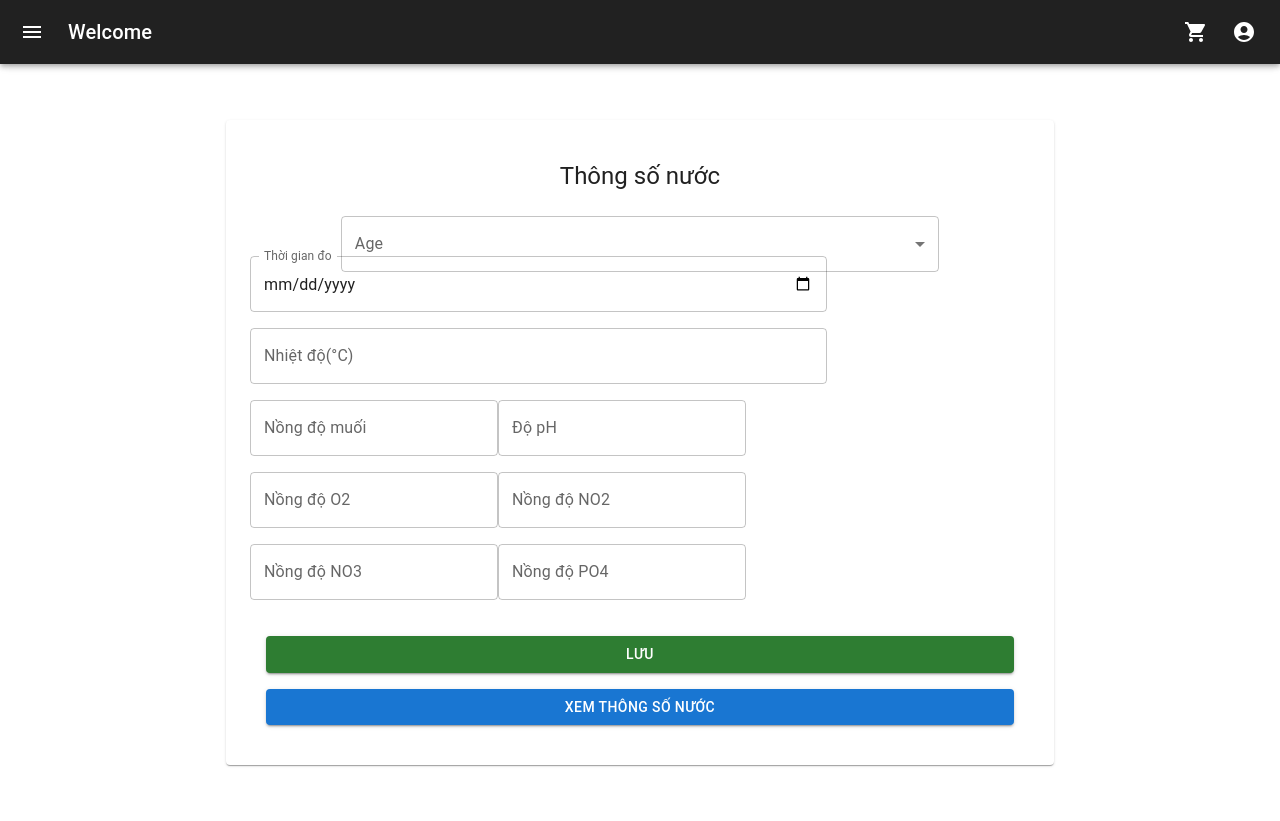
Repository: huynguyenj/KOICARE_FRONTEND
Page: /userhome/param (app in kcs-frontend/)
These files come from the project's save history. The page is drawn as it stood at one moment and after a run of saves; the edit follows.
The browser window is 1280 px wide. The pictures show the whole page.
The project was rebuilt for these pictures with package versions that can differ from the ones it lists, and the page was loaded fresh each time. Also part of the build but not shown: kcs-frontend/vite.config.js, kcs-frontend/src/components/Header/Header.css, kcs-frontend/src/components/Header/Header.jsx, kcs-frontend/src/components/Footer/Footer.jsx, kcs-frontend/src/components/Footer/FooterEnd.jsx, kcs-frontend/src/components/Footer/FooterCR.jsx, kcs-frontend/src/components/Footer/Footer1.jsx, kcs-frontend/src/pages/Guest/Home/Home.jsx and 38 more.

Above is the page before, as saved 2024-10-26 14:55:53.

### kcs-frontend/index.html
<!doctype html>
<html lang="en">
  <head>
    <meta charset="UTF-8" />
    <link rel="icon" type="image/svg+xml" href="/vite.svg" />
    <meta name="viewport" content="width=device-width, initial-scale=1.0" />
    <title>Koi Care System</title>
  </head>
  <body>
    <div id="root"></div>
    <script type="module" src="/src/main.jsx"></script>
  </body>
</html>

### kcs-frontend/src/main.jsx
import { createRoot } from "react-dom/client";
import App from "./App.jsx";
import "bootstrap/dist/css/bootstrap.min.css";
import "./index.css";
import { CartProvider } from "./pages/Store/Cart";

createRoot(document.getElementById("root")).render(

    <CartProvider>
      <App />
    </CartProvider>

);

### kcs-frontend/src/App.jsx
import "./App.css";
import { createBrowserRouter, RouterProvider } from "react-router-dom";
import { Navigate } from "react-router-dom";
import Home from "./pages/Guest/Home/Home";
import Login from "./pages/Auth/Login/Login";
import Register from "./pages/Auth/SignUp/SignUp";
import UserProfile from "./pages/UserProfile/UserProfile";

import Layout from "./components/Layout";
import Drawers from "./components/Drawers/User";
// import NavbarUser from "./components/NavbarAfterLogin/NavbarUser";
import MyFish from "./pages/MyFish/FishAdd";
import FishInfo from "./pages/MyFish/FishInfo";
import MyPond from "./pages/MyPond/MyPond";
import Admin from "./components/Drawers/Admin";
import Shop from "./components/Drawers/Shop";
import Dashboard from "./pages/Admin/Dashboard";
import UserInfo from "./pages/Admin/UserInfo";
import HomeForShop from "./pages/HomeForShop/HomeForShop";
// import AddProducts from "./pages/Products/AddProducts/AddProducts";
import FishList from "./pages/MyFish/MyFish";
import PondAdd from "./pages/MyPond/PondAdd";
import PondList from "./pages/MyPond/PondList";
import PondInfo from "./pages/MyPond/PondInfo";
import Store from "./pages/Store/Product";
import Details from "./pages/Store/Details";
import Orders from "./pages/Orders/Orders";
import Status_Products from "./pages/Status_Products/Status_Products";
import ShowProduct from "./pages/Products/ShowProducts/ShowProducts";
import AddProducts from "./pages/Products/AddProducts/AddProducts";
import Revenue from "./pages/Revenue/Revenue"

import News from "./pages/News/News";

import AddBlog from "./pages/News/AddBlog";
import BlogInfo from "./pages/News/blogInfo";
import MyBlog from "./pages/News/MyBlog";
import UpdateBlog from "./pages/News/UpdateBlog";
import Payment from "./pages/Payment/Payment";
import AddWaterParam from "./pages/Calculate/WaterParam/AddWaterParam";


function App() {
  const router = createBrowserRouter([
    {
      path: "/",
      element: <Layout />,
      children: [
        { index: true, element: <Home /> },
        { path: "login", element: <Login /> },
        { path: "register", element: <Register /> },
        {
          path: "userhome",
          element: <Drawers />,
          children: [
            { path: "userprofile", element: <UserProfile /> },
            { path: "myfish", element: <MyFish /> },
            { path: "myfishlist", element: <FishList /> },
            { path: "myfishlist/fishinfo/:id", element: <FishInfo/>},
            { path: "mypond", element: <MyPond /> },
            { path: "pondadd", element: <PondAdd /> },
            { path: "pondlist", element: <PondList /> },
            { path: "pondlist/pondinfo/:id", element: <PondInfo /> },
            { path: "store", element: <Store /> },
            { path: "/userhome/store/:id", element: <Details /> },
            { path: "", element: <Navigate to="mypond" replace /> },
            { path: "news", element: <News /> },
            { path:"param", element: <AddWaterParam/>}
          ],
        },
      ],
    },
    { path: "news", element: <News /> },
    { path: "addBlog", element: <AddBlog /> },
    { path: "blogDetail/:blogId", element: <BlogInfo /> },
    { path: "my-blogs", element: <MyBlog /> },
    { path: "updateBlog/:blogId", element: <UpdateBlog/> },
    { path: "payment", element: <Payment />},

    {
      path: "admin",
      element: <Admin />,
      children: [
        { path: "userInfo", element: <UserInfo /> },
        { path: "", element: <Navigate to="userInfo" replace /> },
        { path: "dashboard", element: <Dashboard /> },
      ],
    },
    {
      path: "shop",
      element: <Shop />,
      children: [
        { path: "homeForShop", element: <HomeForShop /> },
        { path: "addProducts", element: <AddProducts /> },
        { path: "showProduct", element: <ShowProduct /> },
        { path: "orders", element: <Orders /> },
        { path: "revenue", element: <Revenue /> },
        { path: "status_Products", element: <Status_Products /> },
        { path: "", element: <Navigate to="addProducts" replace /> },

      ],
    },
  ]);

  return (
    <>
      <RouterProvider router={router} />

    </>
  );
}

export default App;

### kcs-frontend/src/index.css
body {
      margin: 0;
      font-family: -apple-system, BlinkMacSystemFont, 'Segoe UI', 'Roboto', 'Oxygen',
            'Ubuntu', 'Cantarell', 'Fira Sans', 'Droid Sans', 'Helvetica Neue',
            sans-serif;
      -webkit-font-smoothing: antialiased;
      -moz-osx-font-smoothing: grayscale;
}

code {
      font-family: source-code-pro, Menlo, Monaco, Consolas, 'Courier New',
            monospace;
}

### kcs-frontend/src/pages/Store/Cart.jsx
// CartContext.js
import React, { createContext, useContext, useState } from "react";

const CartContext = createContext();

export const useCart = () => {
  return useContext(CartContext);
};

export const CartProvider = ({ children }) => {
  const [cartItems, setCartItems] = useState([]);

  const addToCart = (product, quantity) => {
    setCartItems((prevItems) => {
      const existingItem = prevItems.find(
        (item) => item.product.id === product.id
      );
      if (existingItem) {
        // If the product already exists, update its quantity
        return prevItems.map((item) =>
          item.product.id === product.id
            ? { ...item, quantity: item.quantity + quantity }
            : item
        );
      }
      // Otherwise, add the product to the cart with the selected quantity
      return [...prevItems, { product, quantity }];
    });
  };

  const updateQuantity = (productId, quantity) => {
    setCartItems((prevItems) =>
      prevItems.map((item) =>
        item.product.id === productId ? { ...item, quantity } : item
      )
    );
  };

  const removeFromCart = (productId) => {
    setCartItems((prevItems) =>
      prevItems.filter((item) => item.product.id !== productId)
    );
  };

 const calculateTotalPrice = () => {
   return cartItems.reduce((total, item) => {
     // Extract the numeric value from the price string and convert it to a number
     const price = parseFloat(item.product.price.replace(/[^\d]/g, ""));
     const quantity = item.quantity;
     return total + price * quantity;
   }, 0);
 };


  return (
    <CartContext.Provider
      value={{
        cartItems,
        addToCart,
        removeFromCart,
        updateQuantity,
        calculateTotalPrice,
      }}
    >
      {children}
    </CartContext.Provider>
  );
};

### kcs-frontend/src/components/Layout/index.jsx
import { useEffect, useState } from "react";
import Navbar from "../Navbar/Navbar.jsx";
import { Outlet, useLocation, useNavigate } from "react-router-dom";
import NavbarUser from "../NavbarAfterLogin/NavbarUser.jsx";
import { getMyInfo, logout } from "../../api/userService.js";

function Layout() {
  const [isLoggedIn, setIsLoggedIn] = useState(false);
  const [user, setUser] = useState("");
  const location = useLocation();
  const navigator = useNavigate()


  useEffect(() => {


    fetchUserInfo();
  }, [location]);

  // Function to handle logout, switching to Navbar when logged out
  const handleLogout = async() => {
    await logout();
    setIsLoggedIn(false);
    navigator('/login'); // Redirect to login page after logging out

  };
    const fetchUserInfo = async () => {
    try {
      const response = await getMyInfo(); // Fetch user info from the API
      if (response && response.result) {
        const parsedUserInfo = response.result; // Assuming the user data is in response.result
        if (parsedUserInfo.userName) {
          setUser(parsedUserInfo.userName); // Set user name from the fetched data
          setIsLoggedIn(true); // Update logged-in status
        } else {
          console.log("User name not found in the fetched information.");
        }
      } else {
        console.log("No user information found in the response.");
      }
    } catch (error) {
      console.error("Failed to fetch user info:", error);
    }
  };
  const hideNavbar = location.pathname.startsWith("/userhome");

  return (
    <div>
      {!hideNavbar &&
        (isLoggedIn ? (
          <NavbarUser user={user} onLogout={handleLogout} /> // Pass logout function to NavbarUser
        ) : (
          <Navbar /> // Show regular Navbar when logged out
        ))}
      <Outlet />
    </div>
  );
}

export default Layout;

### kcs-frontend/src/pages/Calculate/WaterParam/AddWaterParam.jsx
import {
  Button,
  Card,
  CircularProgress,
  Container,
  FormControl,
  Grid,
  InputLabel,
  MenuItem,
  Select,
  TextField,
  Typography,
} from "@mui/material";
import React, { useEffect, useState } from "react";
import { Form } from "react-router-dom";
import { getAllPond } from "../../../api/pond_fish";

function AddWaterParam() {
  const [update, setUpdate] = useState(false);
  const [error,setError] = useState({});
  const [ponds,setPonds] = useState([]);
  const [pondId,setPondId] = useState();
  const [data, setData] = useState({
    mesurementTime: "",
    temperature: "",
    salinity: "",
    ph: "",
    o2: "",
    no2: "",
    no3: "",
    po4: "",
  });

  useEffect(()=>{
      getPonds()
  },[])

  const getPonds = async ()=>{
      try {
           const res =  await getAllPond()
           setPonds(res.result)
      } catch (error) {
            console.log(error)
      }
  }
  const validate = () =>{
      const newError = {}
      if(!data.mesurementTime || data.mesurementTime.trim() ==""){
            newError.time = "Thời gian không được để trống!"
      }
      if(!data.temperature){
            newError.temp = "Nhiệt độ không được để trống!"
      }if(!data.ph|| data.ph < 0){
            newError.ph = "Độ pH không được để trống hoặc < 0"
      }
      if(!data.salinity|| data.salinity < 0){
            newError.salt = "Độ muối không được để trống hoặc < 0"
      }
      if(!data.o2 || data.o2 <= 0){
            newError.o2 = "Nồng độ oxi không được để trống hoặc <= 0"
      }if(!data.no2){
            newError.no2 = "Nồng độ NO2 không được để trống"
      }if(!data.no3){
            newError.no3 = "Nồng độ NO3 không được để trống"
      }if(!data.po4){
            newError.po4 = "Nồng độ PO4 không được để trống"
      }
      setError(newError)
      return Object.keys(newError).length===0;

  }
  const handleChange = (e) => {
    const { name, value } = e.target;
    setData({ ...data, [name]: value });
  };

  const handleSubmit = async (e) =>{
      e.preventDefault();
      if(validate()){
            setUpdate(true)

      }
  }
  const handlePond = (e)=>{
      setPondId(e.target.value)
  }
  return (
    <Container sx={{ width: "75%" }}>
      <Grid item xs={12} sm={5}>
        <Card sx={{ padding: 5, border: "AppWorkspace" }}>
          <Typography variant="h5" sx={{ mb: 3 }}>
            Thông số nước
          </Typography>
          <FormControl sx={{width:"80%"}}>
        <InputLabel id="demo-simple-select-label">Age</InputLabel>
        <Select
          labelId="demo-simple-select-label"
          id="demo-simple-select"
          value={pondId}
          label="Age"
          onChange={handleChange}
        >
          <MenuItem value={10}>Ten</MenuItem>
          <MenuItem value={20}>Twenty</MenuItem>
          <MenuItem value={30}>Thirty</MenuItem>
        </Select>
      </FormControl>
          <Form onSubmit={handleSubmit}>
            <Grid item xs={12} sm={9} container spacing={2}>
              <TextField
                fullWidth
                label="Thời gian đo"
                type="date"
                name="mesurementTime"
                value={data.mesurementTime}
                onChange={handleChange}
                sx={{ mb: 2 }}
                error ={!!error.time}
                helperText={error.time}
                InputLabelProps={{
                  shrink: true,
                }}
              ></TextField>

              <TextField
                fullWidth
                label="Nhiệt độ(°C)"
                type="number"
                name="temperature"
                value={data.temperature}
                onChange={handleChange}
                sx={{ mb: 2 }}
                error ={!!error.temp}
                helperText={error.temp}
              ></TextField>

              <FormControl>
                <TextField
                  fullWidth
                  label="Nồng độ muối"
                  type="number"
                  name="salinity"
                  value={data.salinity}
                  onChange={handleChange}
                  sx={{ mb: 2 }}
                  error ={!!error.salt}
                  helperText={error.salt}
                ></TextField>
              </FormControl>

              <FormControl>
                <TextField
                  fullWidth
                  label="Độ pH"
                  type="number"
                  name="ph"
                  value={data.ph}
                  onChange={handleChange}
                  sx={{ mb: 2 }}
                  error ={!!error.ph}
                  helperText={error.ph}
                ></TextField>
              </FormControl>

              <FormControl>
                <TextField
                  fullWidth
                  label="Nồng độ O2"
                  type="number"
                  name="o2"
                  value={data.o2}
                  onChange={handleChange}
                  sx={{ mb: 2 }}
                  error ={!!error.o2}
                  helperText={error.o2}
                ></TextField>
              </FormControl>

              <FormControl>
                <TextField
                  fullWidth
                  label="Nồng độ NO2"
                  type="number"
                  name="no2"
                  value={data.no2}
                  onChange={handleChange}
                  sx={{ mb: 2 }}
                  error ={!!error.no2}
                  helperText={error.no2}
                ></TextField>
              </FormControl>

              <FormControl>
                <TextField
                  fullWidth
                  label="Nồng độ NO3"
                  type="number"
                  name="no3"
                  value={data.no3}
                  onChange={handleChange}
                  sx={{ mb: 2 }}
                  error ={!!error.no3}
                  helperText={error.no3}
                ></TextField>
              </FormControl>

              <FormControl>
                <TextField
                  fullWidth
                  label="Nồng độ PO4"
                  type="number"
                  name="po4"
                  value={data.po4}
                  onChange={handleChange}
                  sx={{ mb: 2 }}
                  error ={!!error.po4}
                  helperText={error.po4}
                ></TextField>
              </FormControl>
            </Grid>
            <Button
              variant="contained"
              color="success"
              type="submit"
              disabled={update}
            >
              {update ? <CircularProgress color="inherit" /> : "Lưu"}
            </Button>
          </Form>
          <Grid>
            <Button variant="contained" sx={{mt:2,width:'100%'}}>Xem thông số nước</Button>
          </Grid>
        </Card>
      </Grid>
    </Container>
  );
}

export default AddWaterParam;

### kcs-frontend/src/pages/Guest/Home/Home.css
body {
    margin: 0;
    padding: 0;
}

.d-flex img {
    max-width: 265px;
    height: auto;
    margin: 10px;
}

.d-flex p {
    max-width: 300px;
    text-align: center;
    font-family: "JetBrains Mono";
}

.grid-container {
    display: grid;
    grid-template-columns: 1fr;
    gap: 20px;
}

h2 {
    margin-top: 30px;
}

p {
    margin: 0;
}

### kcs-frontend/src/pages/Orders/Orders.css
body {
  font-family: Arial, sans-serif;
  background-color: #f3f3f3;
  margin: 0;
}

.title {
  margin-top: 20px;
  color: #333;
}

.orders-list {
  margin-top: 20px;
}

.order {
  background-color: #fff;
  padding: 15px;
  margin-bottom: 20px;
  border-radius: 8px;
  box-shadow: 0px 4px 8px rgba(0, 0, 0, 0.1);
}

.order-header p {
  margin: 5px 0;
}

.products-grid {
  display: grid;
  grid-template-columns: repeat(2, 1fr);
  gap: 10px;
  margin-top: 15px;
}

.product {
  background-color: #f5f5f5;
  border-radius: 5px;
  display: flex;
  padding: 10px;
}

.product-image {
  background-color: #f4a08c;
  width: 50px;
  height: 50px;
  margin-right: 10px;
}

.product-info {
  display: flex;
  flex-direction: column;
  justify-content: center;
}

### kcs-frontend/src/pages/Products/AddProducts/AddProducts.css
General Styling
body {
  font-family: Arial, sans-serif;
  background-color: #f0f0f0;
  margin: 0;
  padding: 0;

}

.upload-frame {
  display: flex;
  justify-content: center;
  align-items: center;
  width: 400px;
  height: 280px;
  border: 2px dashed #ccc; /* Dashed border to show it's clickable */
  margin: 20px auto;
  cursor: pointer;
  position: relative;
  box-shadow: 0px 4px 6px rgba(0, 0, 0, 0.5); /* Slight shadow */
}

.upload-frame label {
  color: #666;
  font-size: 20px;
  text-align: center;
  cursor: pointer;
}

.upload-frame input[type="file"] {
  display: none;
}

.success-message {
  color: green;
  font-size: 20px;
  margin-bottom: 20px;
  font-weight: bold;
}

.upload-frame img {
  width: 100%;
  height: 100%;
  object-fit: cover;
}

.title-product {
  justify-content: flex-start;
  margin-top:20px;
}

/* .top-actions {
  display: flex;
  justify-content: flex-start;
  margin: 20px;
} */

/* .action-btn {
  background-color: #f00;
  color: #fff;
  border: none;
  padding: 10px 20px;
  margin-left: 10px;
  border-radius: 5px;
  cursor: pointer;
  font-size: 16px;
  box-shadow: 0px 4px 6px rgba(0, 0, 0, 0.5);
} */

/* .action-btn:hover {
  background-color: #d00;
} */

/* Main Container */
h2 {
  color: red;
  font-size: 24px;
  margin-bottom: 20px;
}

/* Product Image */
.product-image {
  display: flex;
  justify-content: center;
  margin-right: 50px;
  margin-bottom: 30px;
}

.product-image img {
  max-width: 500px;
  max-height: 300px;
  box-shadow: 0px 4px 6px rgba(0, 0, 0, 0.5); /* Slight shadow */
}

/* Form Inputs */
form {
  display: grid;
  grid-template-columns: 1fr;
  gap: 20px;
}

input[type="text"], select, textarea {
  width: 100%;
  padding: 10px;
  border: 1px solid #ccc;
  border-radius: 5px;
  font-size: 16px;
}

textarea {
  height: 150px;
}

/* Action Buttons */
.actions {
  display: flex;
  justify-content: space-between;
  align-items: center;
}

.actions button {
  background-color: #f00;
  color: white;
  padding: 10px 20px;
  border: 2px solid black;
  border-radius: 5px;
  cursor: pointer;
  box-shadow: 0px 4px 6px rgba(0, 0, 0, 0.5); /* Slight shadow */
}

.actions button:hover {
  background-color: #43b8a0;
}

Loaded but not shown: kcs-frontend/src/App.css (common file); kcs-frontend/src/api/userService.js (296 lines, source omitted); kcs-frontend/src/api/pond_fish.js (228 lines, source omitted); kcs-frontend/src/components/Drawers/User.jsx (381 lines, source omitted)

After the next 3 saves:
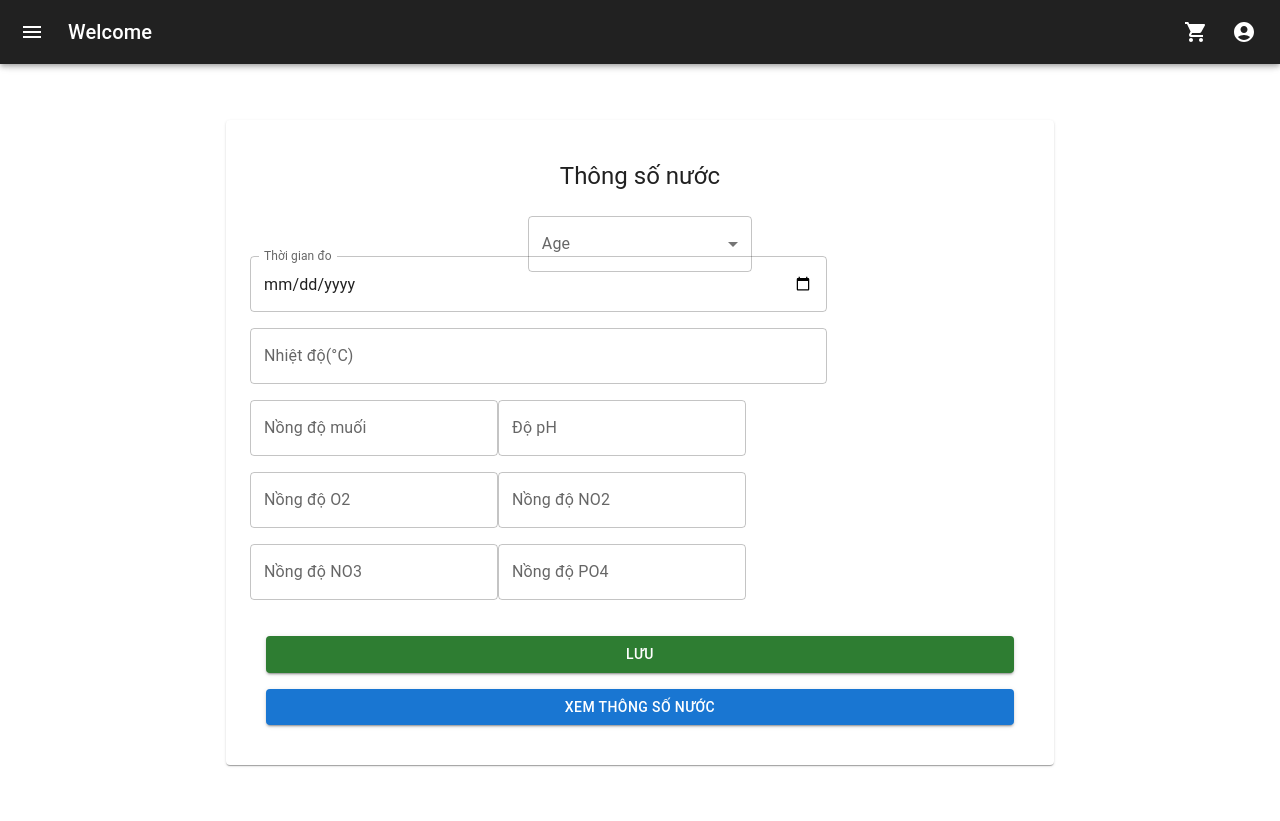
The 3 saves are shown as one change because they came seconds apart.
The last was saved 9 s later.
--- a/kcs-frontend/src/pages/Calculate/WaterParam/AddWaterParam.jsx
+++ b/kcs-frontend/src/pages/Calculate/WaterParam/AddWaterParam.jsx
@@ -91,7 +91,7 @@ function AddWaterParam() {
           <Typography variant="h5" sx={{ mb: 3 }}>
             Thông số nước
           </Typography>
-          <FormControl sx={{width:"80%"}}>
+          <FormControl sx={{width:"30%"}}>
         <InputLabel id="demo-simple-select-label">Age</InputLabel>
         <Select
           labelId="demo-simple-select-label"
